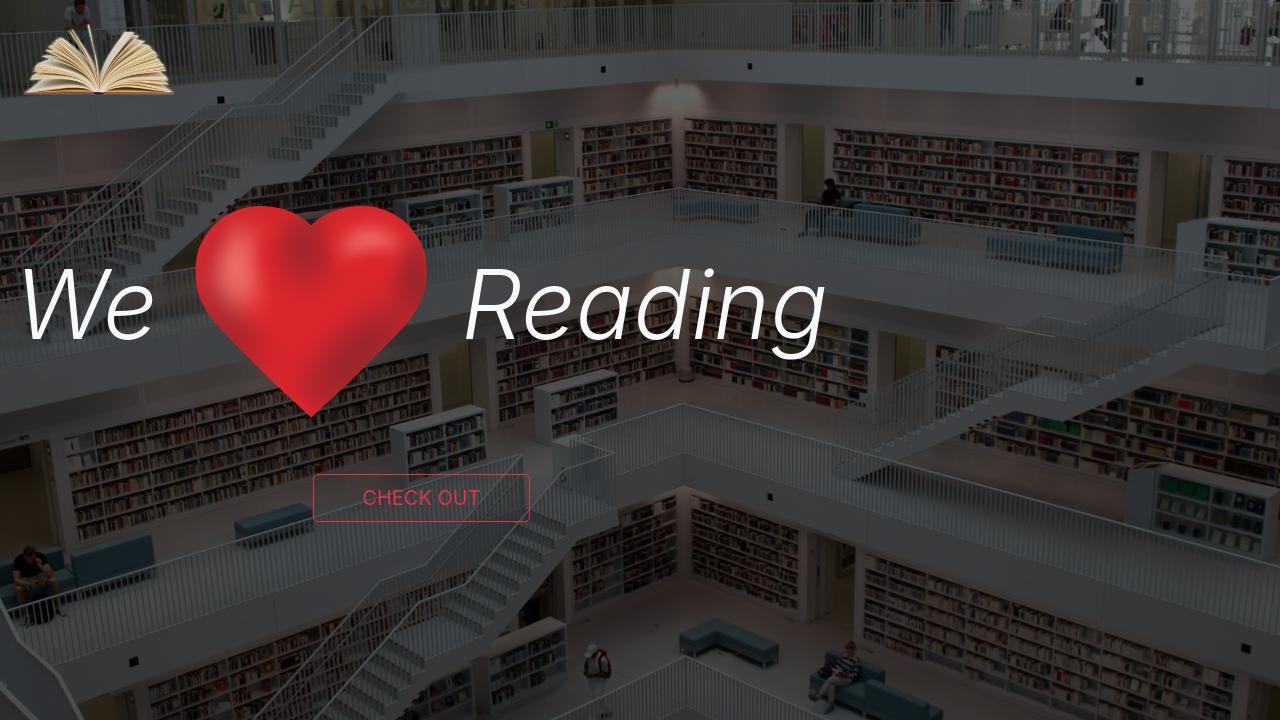
Repository: imedakrouti/BookStore
Page: index.html
An editor plug-in stored every save of this project. The page is shown before and after the next save, followed by the edit.
The browser window is 1280 px wide. The pictures show the whole page.
Some web libraries are served in a nearby version.

Above is the page before, as saved 2020-05-05 17:15:52.

After the next save:
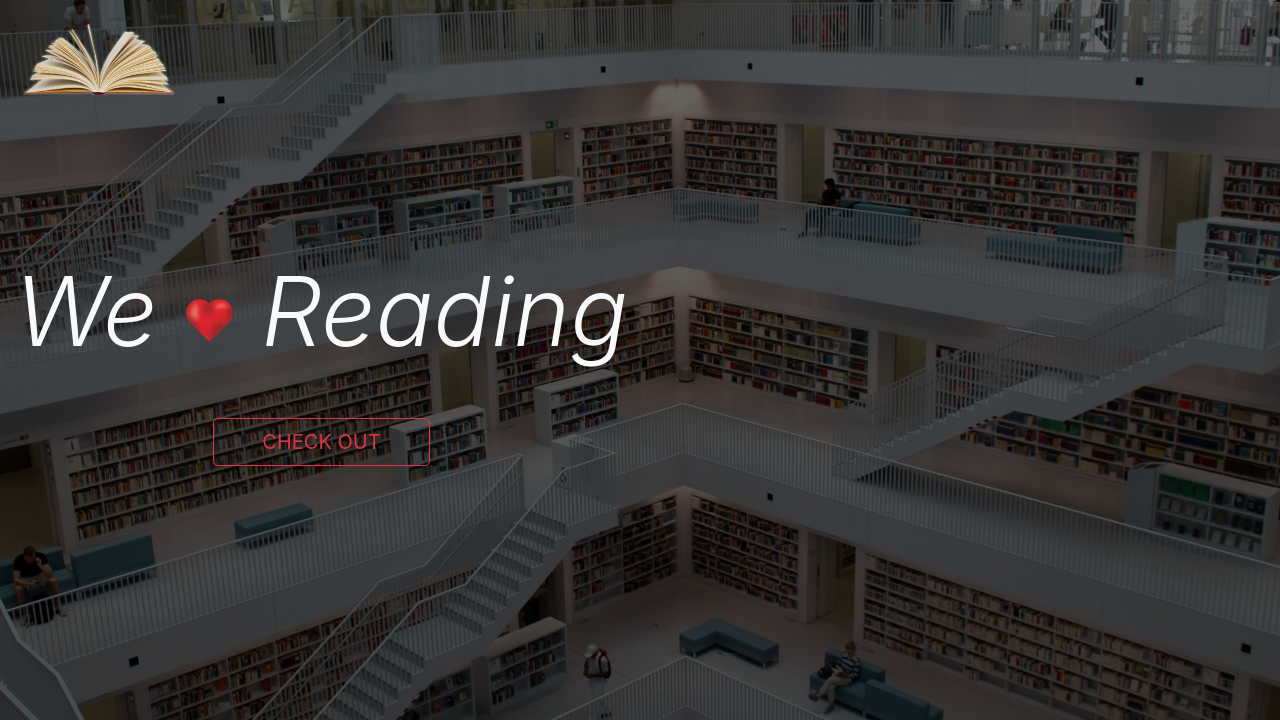
Saved 6 s later.
--- a/index.html
+++ b/index.html
@@ -26,7 +26,7 @@
             <div class="container">
                 <div class="row">
                   <div class="col text-center">
-                    <h1 class="text-light display-1 font-italic mb-5 banner-heading">We <img src="images/img/heart.png" width="250" class="img-fluid"> Reading</h1>
+                    <h1 class="text-light display-1 font-italic mb-5 banner-heading">We <img src="images/img/heart.png" width="50" class="img-fluid"> Reading</h1>
                     <a href="#" class="btn btn-lg btn-outline-danger text-uppercase px-5">Check Out</a>
                   </div>
                 </div>
